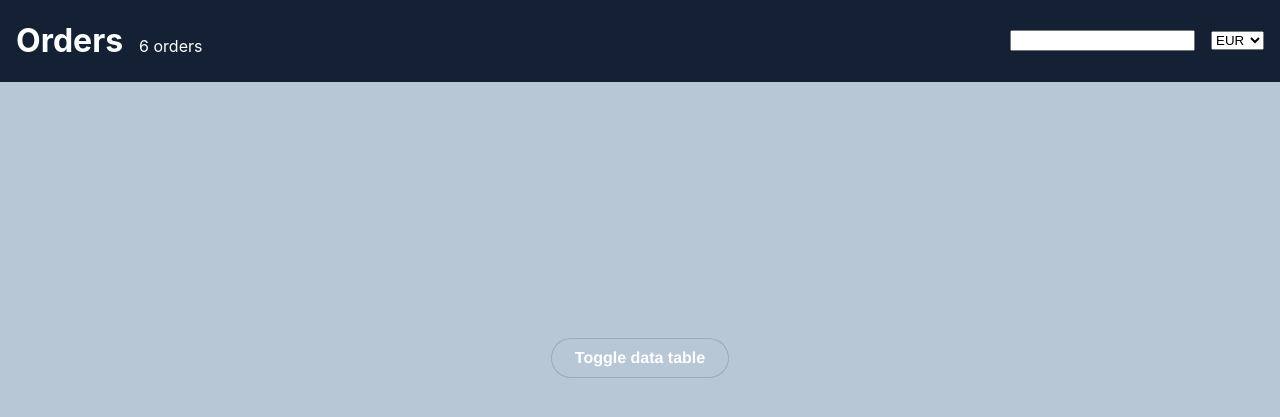
Repository: PreetiToppo/Assignment_Question_1
Page: /
The author's editor kept a copy of each file at every save. The page is drawn from the files as they stood at one save, then again after the next save.
The browser window is 1280 px wide. The pictures show the whole page.
The project was rebuilt for these pictures with package versions that can differ from the ones it lists, and the page was loaded fresh each time. Also part of the build but not shown: src/component/list/ListRow.module.css, src/component/list/ListRow.jsx, src/component/list/ListRowCell.module.css, src/component/list/ListRowCell.jsx, src/component/list/ListHeader.jsx, src/component/list/ListHeaderCell.module.css, src/component/list/ListHeaderCell.jsx, src/component/list/List.module.css and 3 more.

Above is the page before, as saved 2023-08-06 14:52:57.

### src/pages/Dashboard.jsx
import { useState } from "react";

// Data
import mockData from "../assets/data.json";
import timestamps from "../assets/timeStamps.json";

// Components
import Dropdown from "../component/dropdown/Dropdown";
import HeaderTitle from "../component/header-title/HeaderTitle";
import Search from "../component/search/Search";
import List from "../component/list/List";
import StoryBookButton from "../stories/Button";

// Styles
import styles from "./Dashboard.module.css";
import Card from "../component/card/Card";

const Dashboard = () => {
  const [currency, setCurrency] = useState("EUR");
  const [searchText, setSearchText] = useState("");
  const [selectedOrder, setSelectedOrder] = useState(null);
  const [selectedOrderDetails, setSelectedOrderDetails] = useState({});
  const [selectedOrderTimeStamps, setSelectedOrderTimeStamps] = useState({});
  const [showPage, setShowPage] = useState(false);

  const mergedData = mockData.results.map((order, index) => {
    const timestampsData = timestamps.results[index]?.timestamps;
    if (timestampsData) {
      return { ...order, timestamps: timestampsData };
    }
    return order;
  });

  const handleClick = (order) => {
    setSelectedOrder(order);
    setSelectedOrderDetails({
      buySellIndicator: order.executionDetails.buySellIndicator,
      orderStatus: order.executionDetails.orderStatus,
      orderType: order.executionDetails.orderType,
    });

    setSelectedOrderTimeStamps({
      orderReceived: order.timestamps.orderReceived,
      orderStatusUpdated: order.timestamps.orderStatusUpdated,
      orderSubmitted: order.timestamps.orderSubmitted,
    });
  };

  const messageComponent = () => {
    setShowPage(!showPage);
  };

  return (
    <div>
      <div className={styles.header}>
        <HeaderTitle
          primaryTitle="Orders"
          secondaryTitle={`${mockData.results.length}
          orders`}
        />
        <div className={styles.actionBox}>
          <Search
            value={searchText}
            onChange={(e) => setSearchText(e.target.value)}
          />
          <Dropdown
            options={[
              "GBP",
              "USD",
              "JPY",
              "EUR",
              "AUD",
              "BGN",
              "BRL",
              "CAD",
              "CHF",
              "CNY",
              "DKK",
              "HKD",
              "HRK",
              "HUF",
              "IDR",
              "ILS",
              "KRW",
              "MXN",
              "MYR",
              "NOL",
              "NZD",
              "PHP",
              "PLN",
              "RON",
              "SEK",
              "SGD",
              "THB",
              "TRY",
              "ZAR",
            ]}
            onChange={(e) => setCurrency(e.target.value)}
            selectedItem={currency}
          />
        </div>
      </div>
      {showPage ? (
        <div className={styles.content}>
          <div className={styles.section}>
            {selectedOrder && (
              <>
                <Card
                  cardData={selectedOrderDetails}
                  title="Selected Order Details"
                />
                <Card
                  cardData={selectedOrderTimeStamps}
                  title="Selected Order Timestamps"
                />
              </>
            )}
          </div>
          <List
            rows={mergedData}
            currency={currency}
            search={searchText}
            onItemClick={handleClick}
          />
        </div>
      ) : (
        <div className={styles.toggleButton}>
          <StoryBookButton
            primary={false}
            size="large"
            label="Toggle data table"
            onClick={messageComponent}
          />
        </div>
      )}
    </div>
  );
};

export default Dashboard;

### src/assets/data.json
{
  "header": {
    "returnedHits": 6,
    "totalHits": 151839,
    "skippedHits": 0,
    "previousSearchBefore": null,
    "nextSearchAfter": "WzE2Njc1NzU1NjAwMDBd",
    "offset": null
  },
  "results": [
    {
      "&hash": "f29403974dbdc9ce054b879d572610359a9f3d2d2531df63df8233a2ea879c78",
      "&id": "SE|20221104|179|9:1:NEWO",
      "&key": "Order:SE|20221104|179|9:1:NEWO:1667901986951",
      "&model": "Order",
      "executionDetails": {
        "buySellIndicator": "BUYI",
        "orderStatus": "NEWO",
        "orderType": "Market"
      },
      "statsDetails": {
        "avgVsArrivalPrice": 0.0,
        "avgArrivalPrice": 0.0,
        "avgVsMktPrice": 0.0,
        "avgMktPrice": 0.0,
        "avgVsBidAskSpread": 0.0,
        "avgBidAskSpread": 0.0,
        "avgVsClosePrice": 0.0,
        "avgClosePrice": 0.0,
        "avgVsInternalTwap": 0.0,
        "avgInternalTwap": 0.0,
        "avgVsInternalVwap": 0.0,
        "avgInternalVwap": 0.0,
        "avgVsMidPrice": 0.0,
        "avgMidPrice": 0.0,
        "avgVsMovingVwap": 0.0,
        "avgMovingVwap": 0.0,
        "avgVsTouchPrice": 0.0,
        "avgTouchPrice": 0.0,
        "avgVsOpenPrice": 0.0,
        "avgOpenPrice": 0.0,
        "avgVsVwap": 0.0,
        "avgVwap": 0.0,
        "avgPrice": 91.369091993762,
        "tradedQuantity": 195875.0,
        "amends": 0,
        "fills": 1,
        "lifeCycle": 1,
        "lastFillTime": 1667575741000
      },
      "bestExecutionData": {
        "orderVolume": {
          "AUD": 27757268.61955961,
          "BGN": 35456642.91433263,
          "BRL": 90068357.36117567,
          "CAD": 24203990.159998715,
          "CHF": 17880604.819718923,
          "CNY": 128523532.2000561,
          "CZK": 442745747.64998025,
          "DKK": 134913994.73574597,
          "EUR": 18128971.732453536,
          "GBP": 15858861.892115705,
          "HKD": 140486840.6463022,
          "HRK": 136607240.69555715,
          "HUF": 7272437010.473736,
          "IDR": 280850585574.541,
          "ILS": 63569239.379848324,
          "INR": 1468809289.7633855,
          "JPY": 2632145405.834929,
          "KRW": 25338863790.45031,
          "MXN": 349183937.43596077,
          "MYR": 84974116.30435622,
          "NOK": 184949956.71731773,
          "NZD": 30400472.698151335,
          "PHP": 1045534057.7540603,
          "PLN": 84888910.13721369,
          "RON": 88637981.49148509,
          "SEK": 196768233.3897042,
          "SGD": 25182954.633551206,
          "THB": 669067830.7579302,
          "TRY": 333292080.815292,
          "USD": 17896920.89427813,
          "ZAR": 322664877.5857278
        }
      },
      "transactionDetails": {
        "buySellIndicator": "BUYI",
        "priceCurrency": "USD",
        "priceNotation": "MONE",
        "quantityCurrency": "USD",
        "quantityNotation": "UNIT",
        "tradingCapacity": "AOTC",
        "ultimateVenue": "XNGS",
        "venue": "XNGS"
      }
    },
    {
      "&hash": "f29403974dbdc9ce054b879d572610359a9f3d2d2531df63df8233a2ea879c78",
      "&id": "SE|20221104|180|9:1:NEWO",
      "&key": "Order:SE|20221104|180|9:1:NEWO:1667901986951",
      "&model": "Order",
      "executionDetails": {
        "buySellIndicator": "BUYI",
        "orderStatus": "NEWO",
        "orderType": "Market"
      },
      "statsDetails": {
        "avgVsArrivalPrice": 0.0,
        "avgArrivalPrice": 0.0,
        "avgVsMktPrice": 0.0,
        "avgMktPrice": 0.0,
        "avgVsBidAskSpread": 0.0,
        "avgBidAskSpread": 0.0,
        "avgVsClosePrice": 0.0,
        "avgClosePrice": 0.0,
        "avgVsInternalTwap": 0.0,
        "avgInternalTwap": 0.0,
        "avgVsInternalVwap": 0.0,
        "avgInternalVwap": 0.0,
        "avgVsMidPrice": 0.0,
        "avgMidPrice": 0.0,
        "avgVsMovingVwap": 0.0,
        "avgMovingVwap": 0.0,
        "avgVsTouchPrice": 0.0,
        "avgTouchPrice": 0.0,
        "avgVsOpenPrice": 0.0,
        "avgOpenPrice": 0.0,
        "avgVsVwap": 0.0,
        "avgVwap": 0.0,
        "avgPrice": 91.369091993762,
        "tradedQuantity": 195875.0,
        "amends": 0,
        "fills": 1,
        "lifeCycle": 1,
        "lastFillTime": 1667575741000
      },
      "bestExecutionData": {
        "orderVolume": {
          "AUD": 27757268.61955961,
          "BGN": 35456642.91433263,
          "BRL": 90068357.36117567,
          "CAD": 24203990.159998715,
          "CHF": 17880604.819718923,
          "CNY": 128523532.2000561,
          "CZK": 442745747.64998025,
          "DKK": 134913994.73574597,
          "EUR": 18128971.732453536,
          "GBP": 15858861.892115705,
          "HKD": 140486840.6463022,
          "HRK": 136607240.69555715,
          "HUF": 7272437010.473736,
          "IDR": 280850585574.541,
          "ILS": 63569239.379848324,
          "INR": 1468809289.7633855,
          "JPY": 2632145405.834929,
          "KRW": 25338863790.45031,
          "MXN": 349183937.43596077,
          "MYR": 84974116.30435622,
          "NOK": 184949956.71731773,
          "NZD": 30400472.698151335,
          "PHP": 1045534057.7540603,
          "PLN": 84888910.13721369,
          "RON": 88637981.49148509,
          "SEK": 196768233.3897042,
          "SGD": 25182954.633551206,
          "THB": 669067830.7579302,
          "TRY": 333292080.815292,
          "USD": 17896920.89427813,
          "ZAR": 322664877.5857278
        }
      },
      "transactionDetails": {
        "buySellIndicator": "BUYI",
        "priceCurrency": "USD",
        "priceNotation": "MONE",
        "quantityCurrency": "USD",
        "quantityNotation": "UNIT",
        "tradingCapacity": "AOTC",
        "ultimateVenue": "XNGS",
        "venue": "XNGS"
      }
    },
    {
      "&hash": "f29403974dbdc9ce054b879d572610359a9f3d2d2531df63df8233a2ea879c78",
      "&id": "SE|20221104|181|9:1:NEWO",
      "&key": "Order:SE|20221104|181|9:1:NEWO:1667901986951",
      "&model": "Order",
      "executionDetails": {
        "buySellIndicator": "BUYI",
        "orderStatus": "NEWO",
        "orderType": "Market"
      },
      "statsDetails": {
        "avgVsArrivalPrice": 0.0,
        "avgArrivalPrice": 0.0,
        "avgVsMktPrice": 0.0,
        "avgMktPrice": 0.0,
        "avgVsBidAskSpread": 0.0,
        "avgBidAskSpread": 0.0,
        "avgVsClosePrice": 0.0,
        "avgClosePrice": 0.0,
        "avgVsInternalTwap": 0.0,
        "avgInternalTwap": 0.0,
        "avgVsInternalVwap": 0.0,
        "avgInternalVwap": 0.0,
        "avgVsMidPrice": 0.0,
        "avgMidPrice": 0.0,
        "avgVsMovingVwap": 0.0,
        "avgMovingVwap": 0.0,
        "avgVsTouchPrice": 0.0,
        "avgTouchPrice": 0.0,
        "avgVsOpenPrice": 0.0,
        "avgOpenPrice": 0.0,
        "avgVsVwap": 0.0,
        "avgVwap": 0.0,
        "avgPrice": 91.369091993762,
        "tradedQuantity": 195875.0,
        "amends": 0,
        "fills": 1,
        "lifeCycle": 1,
        "lastFillTime": 1667575741000
      },
      "bestExecutionData": {
        "orderVolume": {
          "AUD": 27757268.61955961,
          "BGN": 35456642.91433263,
          "BRL": 90068357.36117567,
          "CAD": 24203990.159998715,
          "CHF": 17880604.819718923,
          "CNY": 128523532.2000561,
          "CZK": 442745747.64998025,
          "DKK": 134913994.73574597,
          "EUR": 18128971.732453536,
          "GBP": 15858861.892115705,
          "HKD": 140486840.6463022,
          "HRK": 136607240.69555715,
          "HUF": 7272437010.473736,
          "IDR": 280850585574.541,
          "ILS": 63569239.379848324,
          "INR": 1468809289.7633855,
          "JPY": 2632145405.834929,
          "KRW": 25338863790.45031,
          "MXN": 349183937.43596077,
          "MYR": 84974116.30435622,
          "NOK": 184949956.71731773,
          "NZD": 30400472.698151335,
          "PHP": 1045534057.7540603,
          "PLN": 84888910.13721369,
          "RON": 88637981.49148509,
          "SEK": 196768233.3897042,
          "SGD": 25182954.633551206,
          "THB": 669067830.7579302,
          "TRY": 333292080.815292,
          "USD": 17896920.89427813,
          "ZAR": 322664877.5857278
        }
      },
      "transactionDetails": {
        "buySellIndicator": "BUYI",
        "priceCurrency": "USD",
        "priceNotation": "MONE",
        "quantityCurrency": "USD",
        "quantityNotation": "UNIT",
        "tradingCapacity": "AOTC",
        "ultimateVenue": "XNGS",
        "venue": "XNGS"
      }
    },
    {
      "&hash": "f29403974dbdc9ce054b879d572610359a9f3d2d2531df63df8233a2ea879c78",
      "&id": "SE|20221104|182|9:1:NEWO",
      "&key": "Order:SE|20221104|182|9:1:NEWO:1667901986951",
      "&model": "Order",
      "executionDetails": {
        "buySellIndicator": "BUYI",
        "orderStatus": "NEWO",
        "orderType": "Market"
      },
      "statsDetails": {
        "avgVsArrivalPrice": 0.0,
        "avgArrivalPrice": 0.0,
        "avgVsMktPrice": 0.0,
        "avgMktPrice": 0.0,
        "avgVsBidAskSpread": 0.0,
        "avgBidAskSpread": 0.0,
        "avgVsClosePrice": 0.0,
        "avgClosePrice": 0.0,
        "avgVsInternalTwap": 0.0,
        "avgInternalTwap": 0.0,
        "avgVsInternalVwap": 0.0,
        "avgInternalVwap": 0.0,
        "avgVsMidPrice": 0.0,
        "avgMidPrice": 0.0,
        "avgVsMovingVwap": 0.0,
        "avgMovingVwap": 0.0,
        "avgVsTouchPrice": 0.0,
        "avgTouchPrice": 0.0,
        "avgVsOpenPrice": 0.0,
        "avgOpenPrice": 0.0,
        "avgVsVwap": 0.0,
        "avgVwap": 0.0,
        "avgPrice": 91.369091993762,
        "tradedQuantity": 195875.0,
        "amends": 0,
        "fills": 1,
        "lifeCycle": 1,
        "lastFillTime": 1667575741000
      },
      "bestExecutionData": {
        "orderVolume": {
          "AUD": 27757268.61955961,
          "BGN": 35456642.91433263,
          "BRL": 90068357.36117567,
          "CAD": 24203990.159998715,
          "CHF": 17880604.819718923,
          "CNY": 128523532.2000561,
          "CZK": 442745747.64998025,
          "DKK": 134913994.73574597,
          "EUR": 18128971.732453536,
          "GBP": 15858861.892115705,
          "HKD": 140486840.6463022,
          "HRK": 136607240.69555715,
          "HUF": 7272437010.473736,
          "IDR": 280850585574.541,
          "ILS": 63569239.379848324,
          "INR": 1468809289.7633855,
          "JPY": 2632145405.834929,
          "KRW": 25338863790.45031,
          "MXN": 349183937.43596077,
          "MYR": 84974116.30435622,
          "NOK": 184949956.71731773,
          "NZD": 30400472.698151335,
          "PHP": 1045534057.7540603,
          "PLN": 84888910.13721369,
          "RON": 88637981.49148509,
          "SEK": 196768233.3897042,
          "SGD": 25182954.633551206,
          "THB": 669067830.7579302,
          "TRY": 333292080.815292,
          "USD": 17896920.89427813,
          "ZAR": 322664877.5857278
        }
      },
      "transactionDetails": {
        "buySellIndicator": "BUYI",
        "priceCurrency": "USD",
        "priceNotation": "MONE",
        "quantityCurrency": "USD",
        "quantityNotation": "UNIT",
        "tradingCapacity": "AOTC",
        "ultimateVenue": "XNGS",
        "venue": "XNGS"
      }
    },
    {
      "&hash": "f29403974dbdc9ce054b879d572610359a9f3d2d2531df63df8233a2ea879c78",
      "&id": "SE|20221104|183|9:1:NEWO",
      "&key": "Order:SE|20221104|183|9:1:NEWO:1667901986951",
      "&model": "Order",
      "executionDetails": {
        "buySellIndicator": "BUYI",
        "orderStatus": "NEWO",
        "orderType": "Market"
      },
      "statsDetails": {
        "avgVsArrivalPrice": 0.0,
        "avgArrivalPrice": 0.0,
        "avgVsMktPrice": 0.0,
        "avgMktPrice": 0.0,
        "avgVsBidAskSpread": 0.0,
        "avgBidAskSpread": 0.0,
        "avgVsClosePrice": 0.0,
        "avgClosePrice": 0.0,
        "avgVsInternalTwap": 0.0,
        "avgInternalTwap": 0.0,
        "avgVsInternalVwap": 0.0,
        "avgInternalVwap": 0.0,
        "avgVsMidPrice": 0.0,
        "avgMidPrice": 0.0,
        "avgVsMovingVwap": 0.0,
        "avgMovingVwap": 0.0,
        "avgVsTouchPrice": 0.0,
        "avgTouchPrice": 0.0,
        "avgVsOpenPrice": 0.0,
        "avgOpenPrice": 0.0,
        "avgVsVwap": 0.0,
        "avgVwap": 0.0,
        "avgPrice": 91.369091993762,
        "tradedQuantity": 195875.0,
        "amends": 0,
        "fills": 1,
        "lifeCycle": 1,
        "lastFillTime": 1667575741000
      },
      "bestExecutionData": {
        "orderVolume": {
          "AUD": 27757268.61955961,
          "BGN": 35456642.91433263,
          "BRL": 90068357.36117567,
          "CAD": 24203990.159998715,
          "CHF": 17880604.819718923,
          "CNY": 128523532.2000561,
          "CZK": 442745747.64998025,
          "DKK": 134913994.73574597,
          "EUR": 18128971.732453536,
          "GBP": 15858861.892115705,
          "HKD": 140486840.6463022,
          "HRK": 136607240.69555715,
          "HUF": 7272437010.473736,
          "IDR": 280850585574.541,
          "ILS": 63569239.379848324,
          "INR": 1468809289.7633855,
          "JPY": 2632145405.834929,
          "KRW": 25338863790.45031,
          "MXN": 349183937.43596077,
          "MYR": 84974116.30435622,
          "NOK": 184949956.71731773,
          "NZD": 30400472.698151335,
          "PHP": 1045534057.7540603,
          "PLN": 84888910.13721369,
          "RON": 88637981.49148509,
          "SEK": 196768233.3897042,
          "SGD": 25182954.633551206,
          "THB": 669067830.7579302,
          "TRY": 333292080.815292,
          "USD": 17896920.89427813,
          "ZAR": 322664877.5857278
        }
      },
      "transactionDetails": {
        "buySellIndicator": "BUYI",
        "priceCurrency": "USD",
        "priceNotation": "MONE",
        "quantityCurrency": "USD",
        "quantityNotation": "UNIT",
        "tradingCapacity": "AOTC",
        "ultimateVenue": "XNGS",
        "venue": "XNGS"
      }
    },
    {
      "&hash": "f29403974dbdc9ce054b879d572610359a9f3d2d2531df63df8233a2ea879c78",
      "&id": "SE|202211454|184|9:1:NEWO",
      "&key": "Order:SE|20221104|184|9:1:NEWO:1667901986951",
      "&model": "Order",
      "executionDetails": {
        "buySellIndicator": "SELL",
        "orderStatus": "NEWO",
        "orderType": "Market"
      },
      "statsDetails": {
        "avgVsArrivalPrice": 0.0,
        "avgArrivalPrice": 0.0,
        "avgVsMktPrice": 0.0,
        "avgMktPrice": 0.0,
        "avgVsBidAskSpread": 0.0,
        "avgBidAskSpread": 0.0,
        "avgVsClosePrice": 0.0,
        "avgClosePrice": 0.0,
        "avgVsInternalTwap": 0.0,
        "avgInternalTwap": 0.0,
        "avgVsInternalVwap": 0.0,
        "avgInternalVwap": 0.0,
        "avgVsMidPrice": 0.0,
        "avgMidPrice": 0.0,
        "avgVsMovingVwap": 0.0,
        "avgMovingVwap": 0.0,
        "avgVsTouchPrice": 0.0,
        "avgTouchPrice": 0.0,
        "avgVsOpenPrice": 0.0,
        "avgOpenPrice": 0.0,
        "avgVsVwap": 0.0,
        "avgVwap": 0.0,
        "avgPrice": 91.369091993762,
        "tradedQuantity": 195875.0,
        "amends": 0,
        "fills": 1,
        "lifeCycle": 1,
        "lastFillTime": 1667575741000
      },
      "bestExecutionData": {
        "orderVolume": {
          "AUD": 27757268.61955961,
          "BGN": 35456642.91433263,
          "BRL": 90068357.36117567,
          "CAD": 24203990.159998715,
          "CHF": 17880604.819718923,
          "CNY": 128523532.2000561,
          "CZK": 442745747.64998025,
          "DKK": 134913994.73574597,
          "EUR": 18128971.732453536,
          "GBP": 15858861.892115705,
          "HKD": 140486840.6463022,
          "HRK": 136607240.69555715,
          "HUF": 7272437010.473736,
          "IDR": 280850585574.541,
          "ILS": 63569239.379848324,
          "INR": 1468809289.7633855,
          "JPY": 2632145405.834929,
          "KRW": 25338863790.45031,
          "MXN": 349183937.43596077,
          "MYR": 84974116.30435622,
          "NOK": 184949956.71731773,
          "NZD": 30400472.698151335,
          "PHP": 1045534057.7540603,
          "PLN": 84888910.13721369,
          "RON": 88637981.49148509,
          "SEK": 196768233.3897042,
          "SGD": 25182954.633551206,
          "THB": 669067830.7579302,
          "TRY": 333292080.815292,
          "USD": 17896920.89427813,
          "ZAR": 322664877.5857278
        }
      },
      "transactionDetails": {
        "buySellIndicator": "BUYI",
        "priceCurrency": "USD",
        "priceNotation": "MONE",
        "quantityCurrency": "USD",
        "quantityNotation": "UNIT",
        "tradingCapacity": "AOTC",
        "ultimateVenue": "XNGS",
        "venue": "XNGS"
      }
    }
  ]
}

### src/assets/timeStamps.json
{
  "results": [
    {
      "&id": "SE|20221104|179|9:1:NEWO",
      "timestamps": {
        "orderReceived": "2022-11-04T15:29:00Z",
        "orderStatusUpdated": "2022-11-04T15:29:00Z",
        "orderSubmitted": "2022-11-04T15:29:00Z"
      }
    },
    {
      "&id": "SE|20221104|180|9:1:NEWO",
      "timestamps": {
        "orderReceived": "2022-11-04T15:29:00Z",
        "orderStatusUpdated": "2022-11-04T15:29:00Z",
        "orderSubmitted": "2022-11-04T15:29:00Z"
      }
    },
    {
      "&id": "SE|20221104|181|9:1:NEWO",
      "timestamps": {
        "orderReceived": "2022-11-04T15:29:00Z",
        "orderStatusUpdated": "2022-11-04T15:29:00Z",
        "orderSubmitted": "2022-11-04T15:29:00Z"
      }
    },
    {
      "&id": "SE|20221104|182|9:1:NEWO",
      "timestamps": {
        "orderReceived": "2022-11-04T15:29:00Z",
        "orderStatusUpdated": "2022-11-04T15:29:00Z",
        "orderSubmitted": "2022-11-04T15:29:00Z"
      }
    },
    {
      "&id": "SE|20221104|183|9:1:NEWO",
      "timestamps": {
        "orderReceived": "2022-11-04T15:29:00Z",
        "orderStatusUpdated": "2022-11-04T15:29:00Z",
        "orderSubmitted": "2022-11-04T15:29:00Z"
      }
    },
    {
      "&id": "SE|202211454|184|9:1:NEWO",
      "timestamps": {
        "orderReceived": "2022-11-04T15:29:00Z",
        "orderStatusUpdated": "2022-11-04T15:29:00Z",
        "orderSubmitted": "2022-11-04T15:29:00Z"
      }
    }
  ]
}

### src/component/dropdown/Dropdown.jsx
const Dropdown = ({ options, onChange, selectedItem }) => {
  return (
    <select
      name="currency"
      id="currency"
      value={selectedItem}
      onChange={onChange}
    >
      {options.map((option) => (
        <option value={option} key={option}>
          {option}
        </option>
      ))}
    </select>
  );
};

export default Dropdown;

### src/component/search/Search.jsx
const Search = ({ searchText, onChange }) => {
  return <input type="text" value={searchText} onChange={onChange} />
}

export default Search

### src/stories/Button.jsx
import React from "react";
import PropTypes from "prop-types";
import "./button.css";

/**
 * Primary UI component for user interaction
 */
export const Button = ({ primary, backgroundColor, size, label, ...props }) => {
  const mode = primary
    ? "storybook-button--primary"
    : "storybook-button--secondary";
  return (
    <button
      type="button"
      className={["storybook-button", `storybook-button--${size}`, mode].join(
        " "
      )}
      style={backgroundColor && { backgroundColor }}
      {...props}
    >
      {label}
    </button>
  );
};

Button.propTypes = {
  /**
   * Is this the principal call to action on the page?
   */
  primary: PropTypes.bool,
  /**
   * What background color to use
   */
  backgroundColor: PropTypes.string,
  /**
   * How large should the button be?
   */
  size: PropTypes.oneOf(["small", "medium", "large"]),
  /**
   * Button contents
   */
  label: PropTypes.string.isRequired,
  /**
   * Optional click handler
   */
  onClick: PropTypes.func,
};

Button.defaultProps = {
  backgroundColor: null,
  primary: false,
  size: "medium",
  onClick: undefined,
};

export default Button;

### src/pages/Dashboard.module.css
.header {
  display: flex;
  padding: 0 1em;
  background-color: #142033;
  color: white;
  justify-content: space-between;
}

.actionBox {
  display: flex;
  justify-content: center;
  align-items: center;
  gap: 1em;
}

.content {
  display: flex;
  flex-direction: column;
  background-color: rgb(184, 199, 214);
  gap: 1em;
  margin: 1em;
}

.section {
  display: flex;
  flex-direction: row;
  gap: 1em;
}

.toggleButton {
  display: flex;
  margin-top: 20%;
  justify-content: center;
  align-items: center;
}

### src/stories/button.css
.storybook-button {
  font-family: "Nunito Sans", "Helvetica Neue", Helvetica, Arial, sans-serif;
  font-weight: 700;
  border: 0;
  border-radius: 3em;
  cursor: pointer;
  display: inline-block;
  line-height: 1;
}
.storybook-button--primary {
  color: white;
  background-color: #142033;
}
.storybook-button--secondary {
  color: white;
  background-color: transparent;
  box-shadow: rgba(0, 0, 0, 0.15) 0px 0px 0px 1px inset;
}
.storybook-button--small {
  font-size: 12px;
  padding: 10px 16px;
}
.storybook-button--medium {
  font-size: 14px;
  padding: 11px 20px;
}
.storybook-button--large {
  font-size: 16px;
  padding: 12px 24px;
}

Loaded but not shown: public/index.html (common file); src/index.js (common file); src/App.js (common file); src/reportWebVitals.js (common file); src/index.css (common file); src/component/header-title/HeaderTitle.jsx (common file); src/component/header-title/HeaderTitle.module.css (common file)

After the next save:
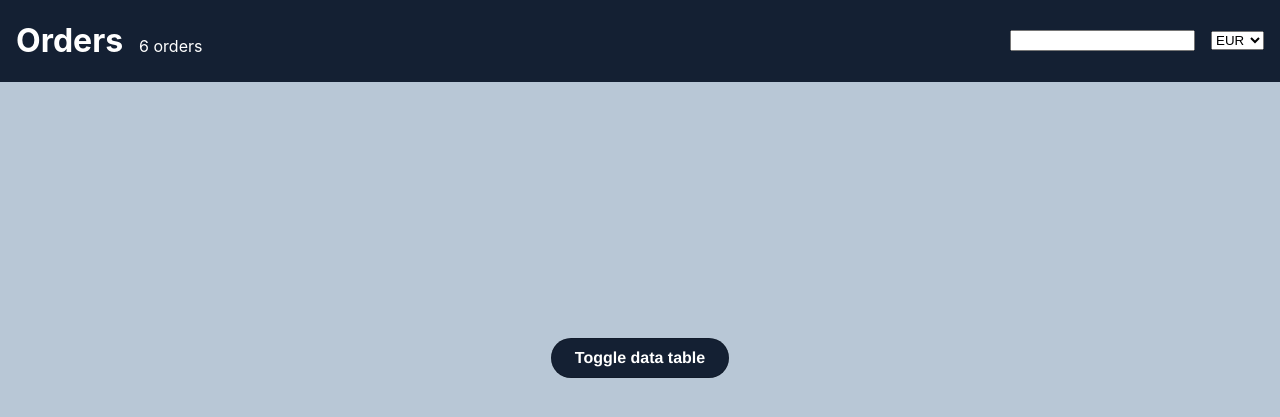
Saved 15 s later.
--- a/src/stories/button.css
+++ b/src/stories/button.css
@@ -13,7 +13,7 @@
 }
 .storybook-button--secondary {
   color: white;
-  background-color: transparent;
+  background-color: #142033;
   box-shadow: rgba(0, 0, 0, 0.15) 0px 0px 0px 1px inset;
 }
 .storybook-button--small {
